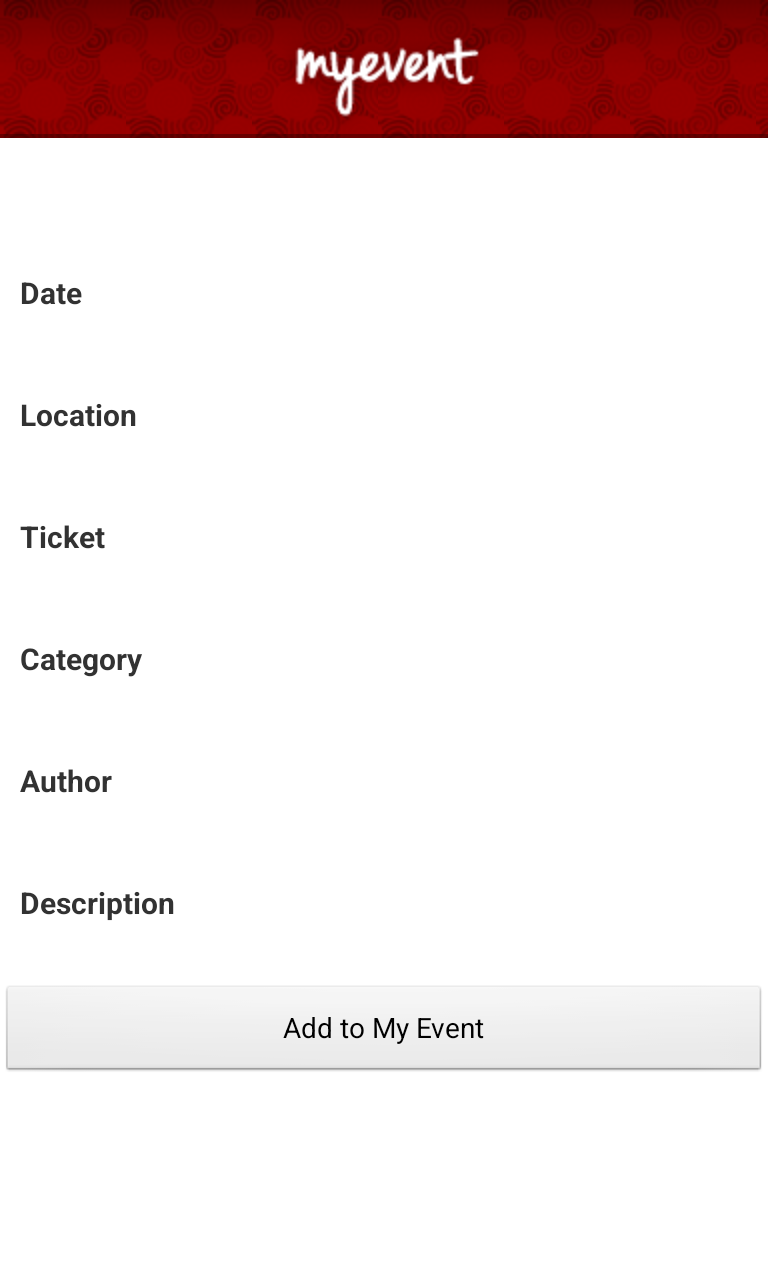
Repository: galihandy/chessboard
Layout: myEvent/res/layout/detail_feature_event.xml
An editor plug-in stored every save of this project. The layout is shown before and after a run of saves, followed by the edit.
It is drawn on a 768 x 1280 px phone screen (xhdpi) without system bars, with theme android:Theme.Light.NoTitleBar; the app's code is not run.

Above is the layout before, as saved 2013-01-27 08:22:14.

After the next 2 saves:
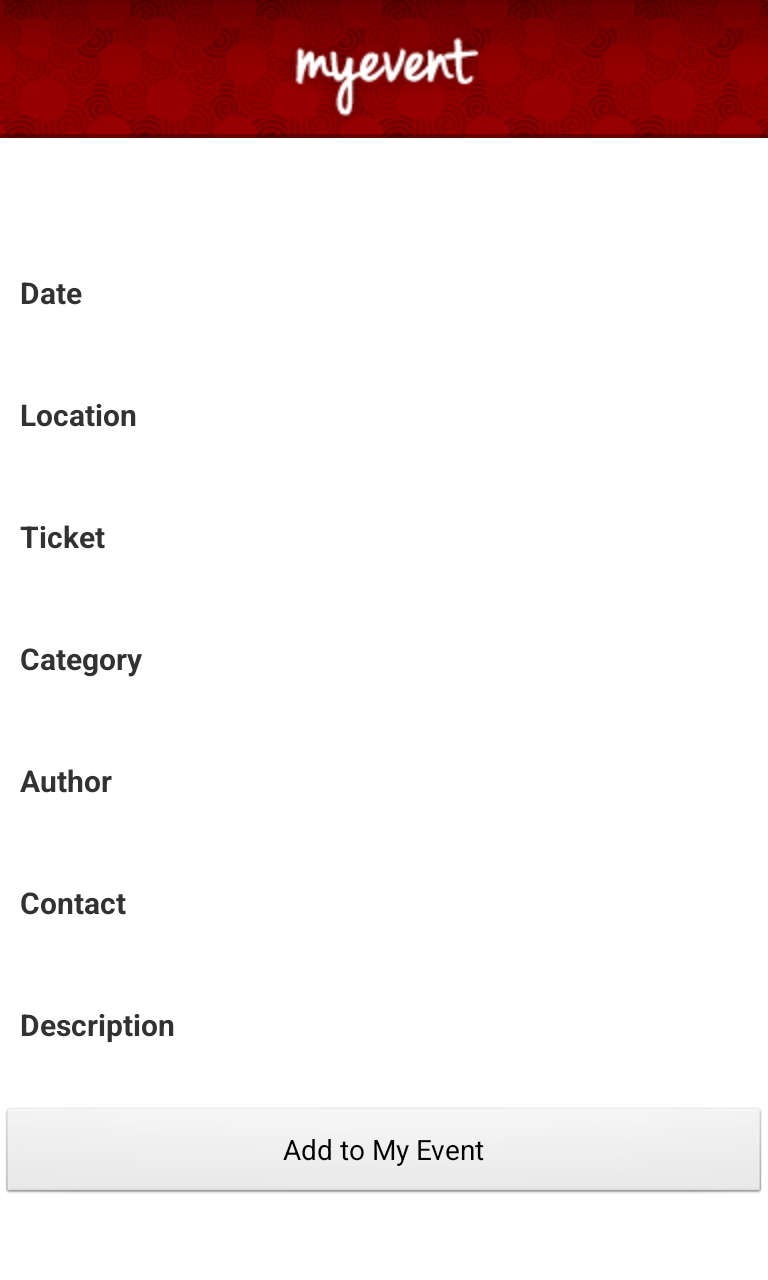
The 2 saves are shown as one change because they came seconds apart.
The last was saved 80 s later.
--- a/myEvent/res/layout/detail_feature_event.xml
+++ b/myEvent/res/layout/detail_feature_event.xml
@@ -144,6 +144,28 @@
                     android:textSize="15dip" />
             </LinearLayout>
 
+            <!-- Event Contact -->
+
+            <LinearLayout
+                android:layout_width="match_parent"
+                android:layout_height="wrap_content"
+                android:layout_margin="10dip"
+                android:orientation="vertical" >
+
+                <TextView
+                    android:layout_width="match_parent"
+                    android:layout_height="wrap_content"
+                    android:text="@string/contact"
+                    android:textSize="15dip"
+                    android:textStyle="bold" />
+
+                <TextView
+                    android:id="@+id/event_contact"
+                    android:layout_width="match_parent"
+                    android:layout_height="wrap_content"
+                    android:textSize="15dip" />
+            </LinearLayout>
+
             <!-- Event Description -->
 
             <LinearLayout
